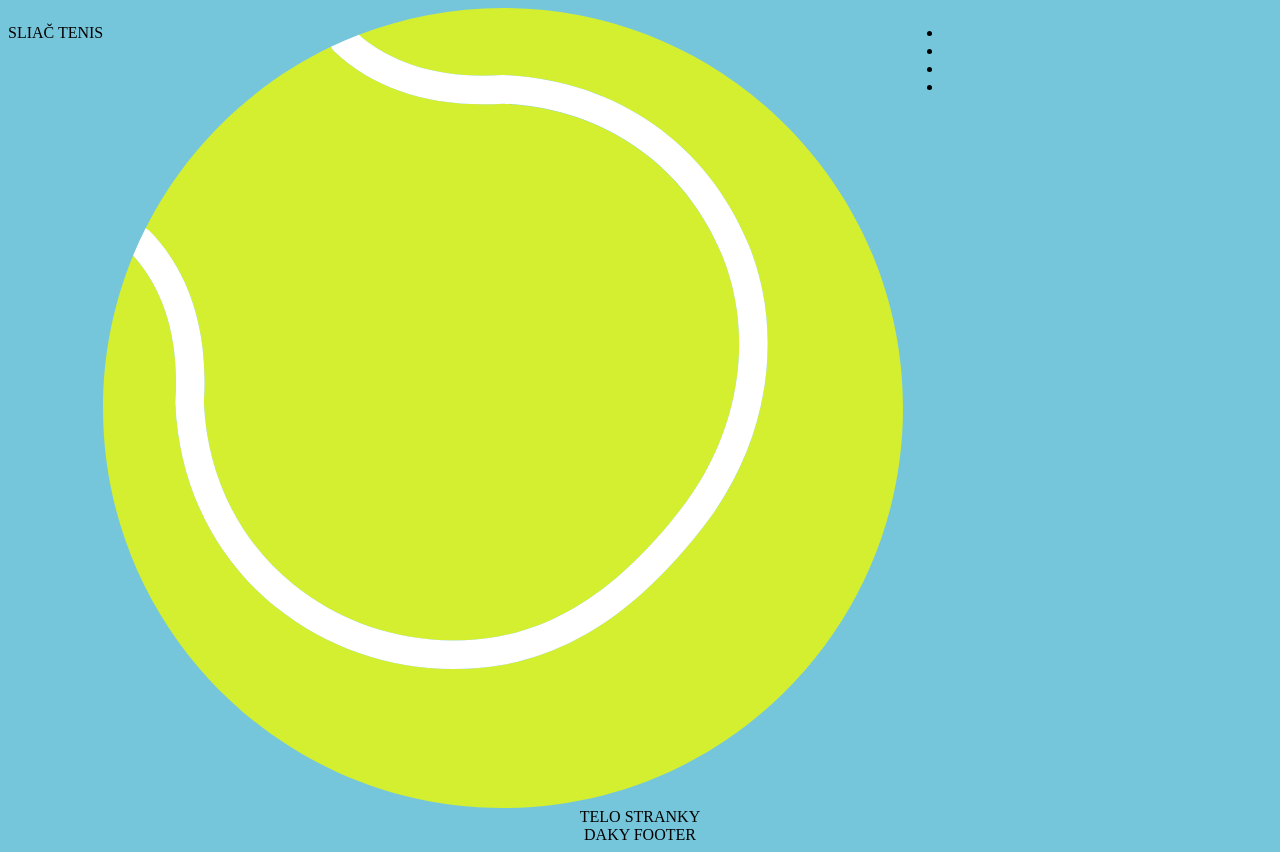
Repository: Badynko/tenis
Page: index.html
The author's editor kept a copy of each file at every save. The page is drawn from the files as they stood at one save, then again after the next save.
The browser window is 1280 px wide. The pictures show the whole page.

Above is the page before, as saved 2024-06-22 17:52:44.

### index.html
<!DOCTYPE html>
<html lang="en">
  <head>
    <meta charset="UTF-8" />
    <meta name="viewport" content="width=device-width, initial-scale=1.0" />
    <title>Tenis Matches</title>
    <link rel="stylesheet" href="css/style.css" />
  </head>
  <body>
    <header>
      <div class="logo">
        <p>SLIAČ TENIS</p>
        <img src="img/ball.svg" alt="" />
      </div>
      <nav>
        <ul>
          <li></li>
          <li></li>
          <li></li>
          <li></li>
        </ul>
      </nav>
    </header>
    <main>TELO STRANKY</main>
    <footer>DAKY FOOTER</footer>
  </body>
</html>

### css/style.css
html {
  margin: 0;
  padding: 0;
}

body {
  text-align: center;
  background-color: #76c6db;
}

header {
  display: flex;
}

.logo {
  display: flex;
}

### img/ball.svg
<?xml version="1.0" encoding="iso-8859-1"?>
<!-- Uploaded to: SVG Repo, www.svgrepo.com, Generator: SVG Repo Mixer Tools -->
<svg height="800px" width="800px" version="1.1" id="Capa_1" xmlns="http://www.w3.org/2000/svg" xmlns:xlink="http://www.w3.org/1999/xlink"
	 viewBox="0 0 56 56" xml:space="preserve">
<path style="fill:#D3EF30;" d="M7.062,27.616c0.228,5.148,2.462,9.679,6.296,12.763c3.979,3.201,9.2,4.521,14.318,3.617
	c3.038-0.535,6.062-2.102,8.743-4.53c1.628-1.475,3.111-3.121,4.408-4.891c3.796-5.178,4.756-11.798,2.505-17.277
	c-2.603-6.334-8.319-10.295-15.3-10.603c-4.898,0.316-9.002-0.945-11.856-3.663c-0.096-0.092-0.168-0.199-0.219-0.313
	C10.348,5.394,5.775,9.884,2.984,15.427c0.101,0.049,0.2,0.107,0.283,0.192C6.077,18.479,7.39,22.626,7.062,27.616z"/>
<path style="fill:#D3EF30;" d="M28,0c-3.558,0-6.958,0.671-10.089,1.881c2.436,2.115,5.892,3.092,10.043,2.814l0.055-0.004
	l0.054,0.002c7.807,0.323,14.207,4.751,17.12,11.844c2.514,6.119,1.464,13.483-2.741,19.22c-1.377,1.878-2.951,3.625-4.679,5.191
	c-2.961,2.682-6.329,4.417-9.738,5.018c-1.173,0.207-2.351,0.308-3.52,0.308c-4.503,0-8.885-1.508-12.4-4.336
	C7.802,38.476,5.301,33.4,5.062,27.646l-0.002-0.055l0.003-0.055c0.289-4.251-0.741-7.761-2.954-10.205C0.753,20.62,0,24.221,0,28
	c0,15.464,12.536,28,28,28s28-12.536,28-28C56,12.536,43.464,0,28,0z"/>
<path style="fill:#FFFFFF;" d="M5.063,27.536l-0.003,0.055l0.002,0.055c0.238,5.754,2.739,10.83,7.042,14.292
	c3.516,2.828,7.897,4.336,12.4,4.336c1.169,0,2.347-0.102,3.52-0.308c3.409-0.601,6.777-2.335,9.738-5.018
	c1.728-1.566,3.302-3.313,4.679-5.191c4.205-5.737,5.255-13.101,2.741-19.22C42.27,9.444,35.869,5.017,28.062,4.693l-0.054-0.002
	l-0.055,0.004c-4.151,0.279-7.607-0.699-10.043-2.814c-0.663,0.256-1.316,0.532-1.954,0.837c0.052,0.114,0.123,0.222,0.219,0.313
	c2.854,2.718,6.958,3.979,11.856,3.663c6.98,0.308,12.697,4.269,15.3,10.603c2.251,5.479,1.291,12.099-2.505,17.277
	c-1.297,1.771-2.78,3.416-4.408,4.891c-2.682,2.429-5.705,3.995-8.743,4.53c-5.118,0.903-10.34-0.416-14.318-3.617
	c-3.834-3.084-6.068-7.615-6.296-12.763c0.327-4.989-0.985-9.137-3.796-11.997c-0.083-0.085-0.182-0.143-0.283-0.192
	c-0.313,0.622-0.607,1.257-0.874,1.904C4.323,19.776,5.352,23.285,5.063,27.536z"/>
</svg>

After the next save:
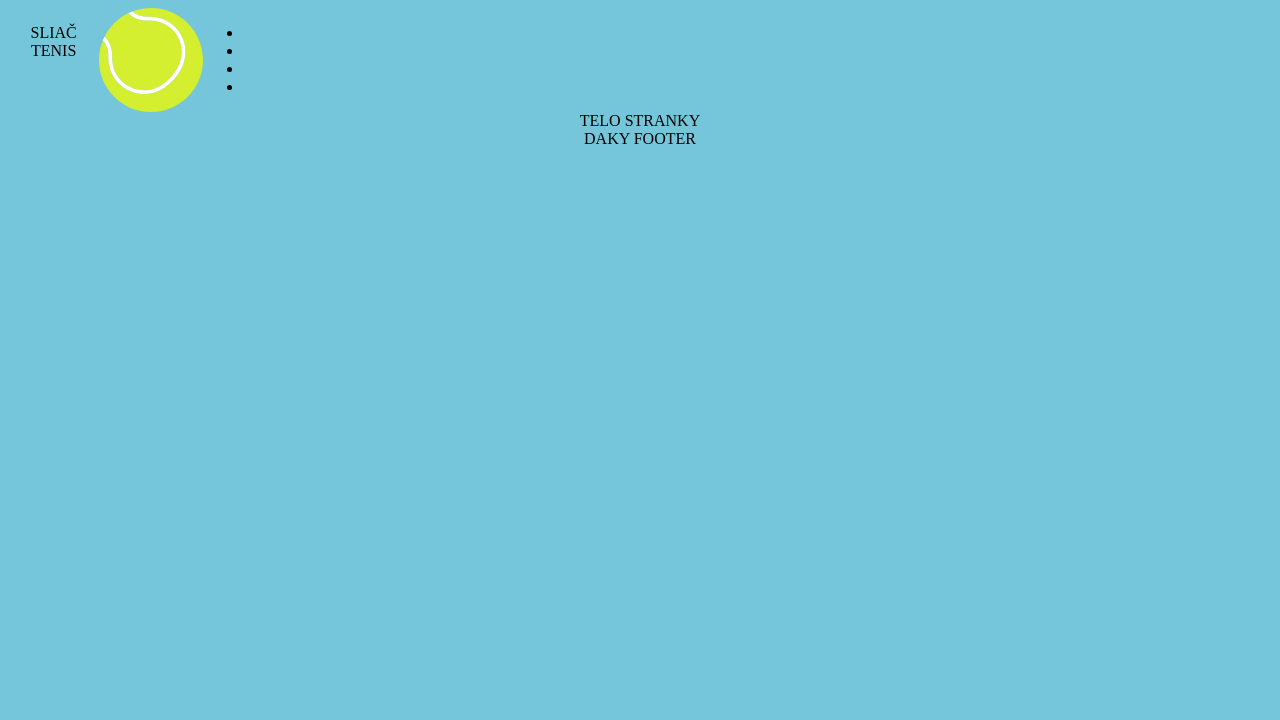
Saved 20 s later.
--- a/img/ball.svg
+++ b/img/ball.svg
@@ -1,6 +1,6 @@
 <?xml version="1.0" encoding="iso-8859-1"?>
 <!-- Uploaded to: SVG Repo, www.svgrepo.com, Generator: SVG Repo Mixer Tools -->
-<svg height="800px" width="800px" version="1.1" id="Capa_1" xmlns="http://www.w3.org/2000/svg" xmlns:xlink="http://www.w3.org/1999/xlink"
+<svg height="100px" width="100px" version="1.1" id="Capa_1" xmlns="http://www.w3.org/2000/svg" xmlns:xlink="http://www.w3.org/1999/xlink"
 	 viewBox="0 0 56 56" xml:space="preserve">
 <path style="fill:#D3EF30;" d="M7.062,27.616c0.228,5.148,2.462,9.679,6.296,12.763c3.979,3.201,9.2,4.521,14.318,3.617
 	c3.038-0.535,6.062-2.102,8.743-4.53c1.628-1.475,3.111-3.121,4.408-4.891c3.796-5.178,4.756-11.798,2.505-17.277
